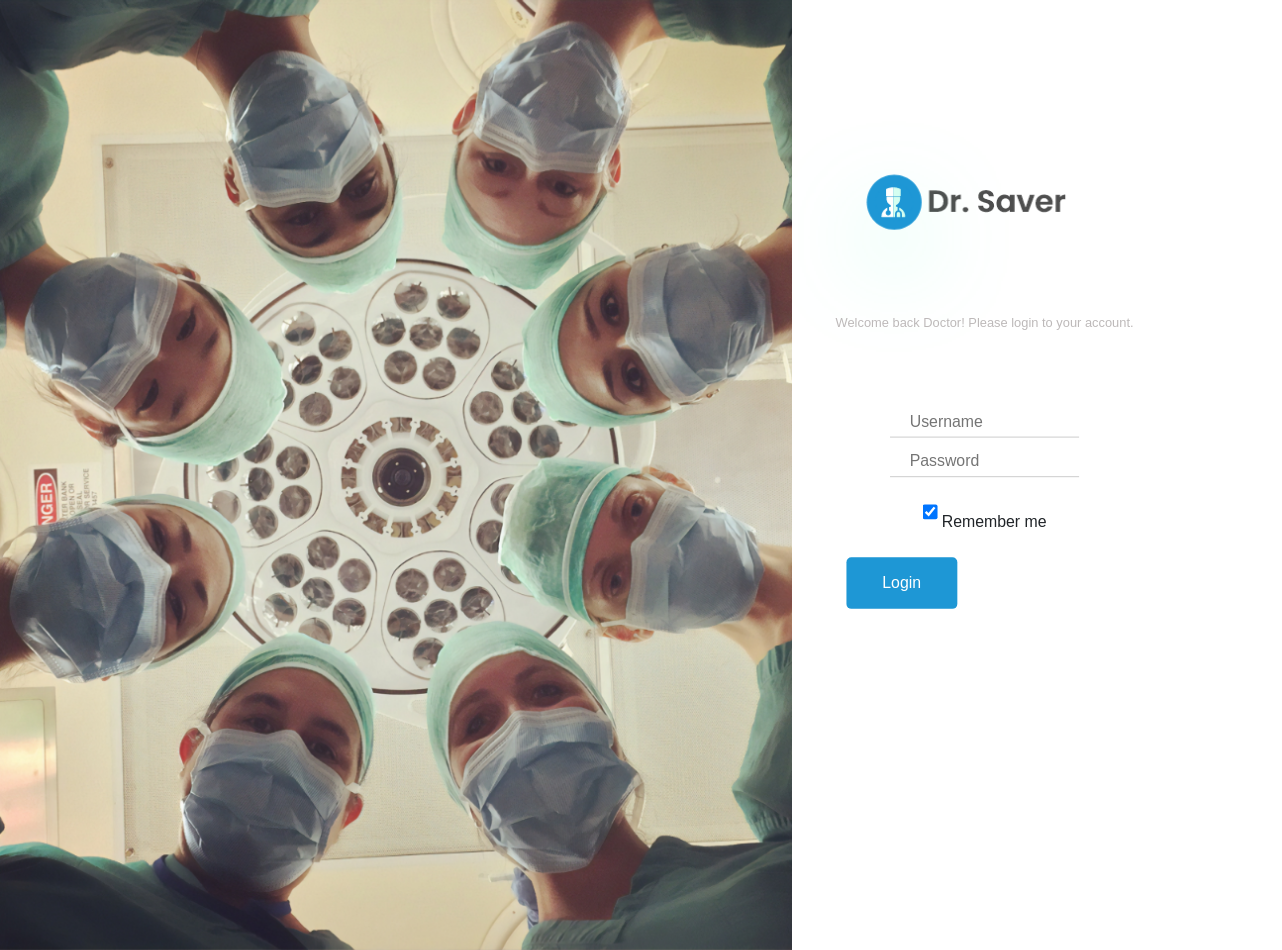
Repository: nsra/hadeel_doctor_system
Page: doctor/Dlogin.html
These files come from the project's save history. The page is drawn as it stood at one moment and after the next save; the edit follows.
The browser window is 1280 px wide. The page is 1295 px wide, so the pictures cover 1295 px, including what lies to the right of the window. The pictures show the whole page, at 99% of full size.
Some web fonts or font styles are not loaded; a fallback is used. Some web libraries are served in a nearby version.

Above is the page before, as saved 2022-03-29 16:49:04.

### doctor/Dlogin.html
<!DOCTYPE html>
<html lang="en">
<head>
    <meta charset="UTF-8">
    <meta http-equiv="content-type" content="text/html; charset=UTF-8">
    <title>DrSaver</title>
    <link rel="shortcut icon" href="../assets/img/doctor.png" type="image/x-icon">
    <link rel="stylesheet" href="https://maxcdn.bootstrapcdn.com/bootstrap/4.0.0/css/bootstrap.min.css" integrity="sha384-Gn5384xqQ1aoWXA+058RXPxPg6fy4IWvTNh0E263XmFcJlSAwiGgFAW/dAiS6JXm" crossorigin="anonymous">
    <link rel="stylesheet" href="https://pro.fontawesome.com/releases/v5.10.0/css/all.css" integrity="sha384-AYmEC3Yw5cVb3ZcuHtOA93w35dYTsvhLPVnYs9eStHfGJvOvKxVfELGroGkvsg+p" crossorigin="anonymous"/>
    <link rel="stylesheet" href="../assets/css/style.css" type="text/css">
    <link rel="preconnect" href="https://fonts.gstatic.com">
    <link href="https://fonts.googleapis.com/css2?family=Tajawal:wght@700&display=swap" rel="stylesheet">
    <meta name="viewport" content="width=device-width, initial-scale=1, shrink-to-fit=no">
</head>
<body>
<section class="loginSection">
    <div class="row window-full">
        <div class="hero col-6 float-right ">
           <img  src="../assets/img/dlogin.png"></img>

        </div>
        <div class="col-6 float-left text-center">
            <img class="fleft" src="../assets/img/log1.png"></img>
            <div class="fright pd-y">

              <br>
           <p  class="pcol">Welcome back Doctor! Please login to your account.</p>

          <form action="action_page.php" method="post">


            <div class="container">

              <input type="text" placeholder="Username" name="uname" required>


              <input type="password" placeholder="Password" name="psw" required>


                <input type="checkbox" checked="checked" style="width:15px; margin-top:10px" name="remember"> Remember me


            </div>
           <button type="submit">Login</button>


          </form>
        </div>
      </div>
    </div>
</section>

<script src="https://ajax.googleapis.com/ajax/libs/jquery/3.5.1/jquery.min.js"></script>
<!-- Popper.JS -->
<script src="https://cdnjs.cloudflare.com/ajax/libs/popper.js/1.14.0/umd/popper.min.js" integrity="sha384-cs/chFZiN24E4KMATLdqdvsezGxaGsi4hLGOzlXwp5UZB1LY//20VyM2taTB4QvJ" crossorigin="anonymous"></script>
<!-- Bootstrap JS -->
<script src="https://stackpath.bootstrapcdn.com/bootstrap/4.1.0/js/bootstrap.min.js" integrity="sha384-uefMccjFJAIv6A+rW+L4AHf99KvxDjWSu1z9VI8SKNVmz4sk7buKt/6v9KI65qnm" crossorigin="anonymous"></script>
<script src="assets/js/scripts.js"></script>

</body>
</html>

### assets/css/style.css
 /*common*/


.overlay{
    position:absolute;
    width:  100%;
    height: 100%;
    top: 0;
    left: 0;
    background-color: rgba(3, 3, 3, 0.7);
}
.hover-opacity{
    transition: opacity .5s;
}
.hover-opacity:hover{
opacity: 0.8;
}

/*general css*/
:root{
    --maincolor:#6195ff;
}
*{
    margin: 0;
    padding: 0;
    box-sizing: border-box;
}
ul{
    list-style: none;
}
.container{
    width: 80%;

    margin: auto;/*elment in the center*/
}
body{
    font-family: 'Varela Round', sans-serif;
}
.clear{
    clear: both;
}
h1,h2,h3,h4,h5,h6{
    font-family: montserrat,sans-serif;
}
button{
    font-family: inherit;
}
a{
    text-decoration: none;
}
.pd-y{
    padding: 100px 0;
}
.section-header{
    text-align: center;
    margin-bottom: 20px;
}
.section-header .section-title{
    font-size: 35px;
    text-transform: capitalize;
    margin-bottom: 10px;
}
.section-header .line{
display: block;
height: 5px;
width: 60px;
margin: 0 auto 70px auto;
background-color: var(--maincolor);
}

.ltr-effect,.tb-effect{
    position: relative;
}
.ltr-effect::after,.tb-effect::after{
position: absolute;
content: "";
top: 0;
right: 0;
left: 0;
bottom: 0;
background: #333;
z-index:-1 ;

}
.ltr-effect:hover::after{
width: 100%;
}
.ltr-effect::after{
    width: 0;
    transition: width 0.5s;
}
.tb-effect::after{
 height: 0;
 transition: height 0.5s;

}
.tb-effect:hover::after{
height: 100%;
}
/* header*/
.header{
    position:fixed;
    width: 100%;
    z-index: 15;
    height: 10%;
  }

 b{
     color: #ffff;

 }
.header .logo{
    width: 50%;
  float: left;
 }
.header .logo img{
    width: 120px;
    margin-left: 20px;
   }
.header .nav{
    width: 50%;
     float: left;
    list-style: none;
    text-align: right;
}
.header .nav > li{
    display: inline-block;

    text-align: right;
}
.header .nav > li > a{
    color: #fff;
    font-size: 15px;

    display: block;
    padding: 30px 15px;
}

.header .nav > li > a.active:after{
content: "";
display: block;
margin-top: 2px;
height: 3px;
background-color: #6195ff;
transition: width 0.5s;

}
.header .nav > li > a.active:after{
    width: 100%;
}

.header .nav > li > a:after{
width: 0;
}
.header .nav > li > a:hover::after{
    width: 100%;
    }
    .dropdown{
        position: relative;
    }
    .dropdown-menu{
        position: absolute;
        background: #6195ff;
        width: 150px;
        text-align: right;
        left: -50%;
        top: 70%;
        opacity: 0;
        visibility: hidden;
        transition: opacity 0.5s;
    }
    .dropdown-menu a{
        color:#fff;
        display: block;
        padding: 10px;

    }
    .dropdown:hover .dropdown-menu{
        opacity: 1;
        visibility:visible;
    }
/*Home section*/
.home{
    height: 100vh;
    background-image: url(../img/background.png);
    background-size: cover;
    position: relative;
}
.home-content{
    position: absolute;
    width: 65%;
    top: 50%;
    left: 50%;
    transform: translate(-50%,-50%);
    text-align: left;
}
.home .title{

margin: 20px 0;
color: var(--maincolor);
letter-spacing: 2px;
line-height: 1.5;
}
.home .home-desc{
    color: #fff;
    font-size: 3.5rem;
    text-transform: uppercase;
}
.home .btn{
    max-width: 150px;
    padding: 15px 0;
    border-radius: 5px;
    border: 0;
    cursor: pointer;
    font-size: 18px;
}

.home .btn-learn{
    background-color: #6195ff;
    color:#fff;

}

nav{
    font-size: 18px;
}
.navbar-light .navbar-brand{
    font-size: 32px;
 }

.navbar-light .navbar-nav .nav-link{
    color: black;
}

 #cplue{
     color:#1E97D5 ;
 }
 .bplue{
background-color: #dce0e4;
 color: #1E97D5;
 }
 .fleft{
     position: relative;
     margin-top: 11%;
    margin-right: 20%;
 }
 .fright{
     position:absolute;
     right:20%;
     top: 20%;
 }
 .pcol{
     color: rgb(189, 185, 185);
     font-size: small;
 }

/*About section*/

.about-content{
    overflow: hidden;
}
.about-item{
     width: 30%;
    float: left;
text-align: center;
border: 1px solid #e8e8e8;
padding: 50px 20px;
}

.about-item.mg{
    margin: 0 5%;
}
.about-item:hover .about-item-title{
    color: #fff;
}
.about-item .icon{
    color: #6195ff;
    margin-bottom: 10px;
}
.about-item-title{
    text-transform: capitalize;
    margin-bottom: 10px;
    transition: color 0.5s;
}
.about-item-desc{
    line-height: 1.6;
    margin-bottom: 10px;
    color:#999 ;
}
.about-item-link{
color: #6195ff;
text-transform: capitalize;
}

/*number section*/
.numbers{
    position: relative;
    background-image: url(../img/background.png);
    background-size: cover;
    background-attachment: fixed;
    height: 300px;
}
.numbers-item{
    overflow: hidden;

}
.number-item{
width: 25%;
float: left;
text-align: center;
}
.number-item .icon{
    color: #6195ff;
    margin-bottom: 15px;
}
.number-item-title{
    font-weight: bold;
    font-size: 30px;
    color: #fff;

}
.number-item-text{
    color: #fff;
}

/*Blog page*/
.blog{
    background: #f9f9f9;
}

.blog-content{
    overflow: hidden;
}
.blog-item{
    width: 30%;
    float: left;
    background: #fff;
}
.blog-item-img img{
width: 100%;
}

.blog-info{
    padding: 20px;
}

.blog-list{
    list-style: none;
    margin: 20px 0;
}
.blog-list li{
    display: inline-block;
    margin: 0 5px;
}

.blog-list li i{
    color: #6195ff;
}
.blog-title{
    font-weight: bold;
    margin: 20px 0;
}
.blog-desc{
    color: #999;
    margin-bottom: 10px;
    line-height: 1.5;
 }
.blog-link{
    color: #6195ff;
}
.blog-item.mg{
    margin: 0 5%;
}

/*contact section*/

/*footer section*/
.footer{
    background: #1c1d23;
    text-align: center;
    padding: 60px 0;
}
.footer-links{
    list-style: none;
    margin: 20px 0;
}
.footer-links li{
    display: inline-block;

}
.footer-links li a{
    display: block;
    width: 50px;
    height: 50px;
    background: #6195ff;
    color: #fff;
    margin: 0 5px;
    border-radius: 50%;
}
.footer-links li a i{
    line-height: 50px;
}

.footer .copyright{
    color: #999;
    font-size: 15px;
    text-transform: uppercase;
}

 /********login******/


  /* Full-width inputs */
  input[type=text], input[type=password] ,input[type=email],input[type=number],input[type=date],input[type=submit]{
    width: 100%;
    padding: 12px 20px;
    margin: 10px 0 ;

    display:flex;
    border: none;
    border-bottom: 1px solid #ccc;

  }

  /* Set a style for all buttons */
  button {
    background-color: #1E97D5;
    color: white;
    padding: 14px 20px;
    margin: 8px 0;
    border: none;
    cursor: pointer;
    width: 40%;

    border-radius: 5px;
  }
  .but{
    padding-top: 10%;
  margin-left: 10%;

    align-items: center;
  }
  /* Add a hover effect for buttons */
  button:hover {
    opacity: 0.8;
  }



  /* Add padding to containers */
  .container {
    padding: 16px;

  }

  .psw{
      margin-left: 60px;
  }
  .signbtn{
      color: #000;
      background-color: #fff;
      border: 1px solid #1E97D5;
  }
  .signbtn:hover{
    background-color: #1E97D5;
    opacity: 0.8;
  }
  .fname{
    position: relative;
  margin-right: 10%;
  }
  .lname {
    position: absolute;
    top: 20%;
    left: 50%;
  }

  /* Change styles for span and cancel button on extra small screens */
  @media screen and (max-width: 300px) {
    span.psw {
      display: block;
      float: none;
    }
    .cancelbtn {
      width: 100%;
    }
  }

.rate{
    margin: 10px;
    float: left;
    background: #eeeeee;
    border-radius: 30px;
}
.rate i{
    color: #ffdb00;
}

.footer {
    display: flex;
    flex-flow: row wrap;
    padding: 30px 30px 20px 30px;
    color: #2f2f2f;
    background-color: #fff;
    border-top: 1px solid #e5e5e5;
  }

  .footer > * {
    flex:  1 100%;
  }

  .footer__addr {
    margin-right: 1.25em;
    margin-bottom: 2em;
  }

  .footer__logo {
    font-family: 'Pacifico', cursive;
    font-weight: 400;
    text-transform: lowercase;
    font-size: 1.5rem;
  }

  .footer__addr h2 {
    margin-top: 1.3em;
    font-size: 15px;
    font-weight: 400;
  }

  .nav__title {
    font-weight: 400;
    font-size: 15px;
  }

  .footer address {
    font-style: normal;
    color: #999;
  }

  .footer__btn {
    display: flex;
    align-items: center;
    justify-content: center;
    height: 36px;
    max-width: max-content;
    background-color: rgb(33, 33, 33, 0.07);
    border-radius: 100px;
    color: #2f2f2f;
    line-height: 0;
    margin: 0.6em 0;
    font-size: 1rem;
    padding: 0 1.3em;
  }

  .footer ul {
    list-style: none;
    padding-left: 0;
  }

  .footer li {
    line-height: 2em;
  }

  .footer a {
    text-decoration: none;
  }

  .footer__nav {
    display: flex;
      flex-flow: row wrap;
  }

  .footer__nav > * {
    flex: 1 50%;
    margin-right: 1.25em;
  }

  .nav__ul a {
    color: #999;
  }

  .nav__ul--extra {
    column-count: 2;
    column-gap: 1.25em;
  }

  .legal {
    display: flex;
    flex-wrap: wrap;
    color: #999;
  }

  .legal__links {
    display: flex;
    align-items: center;
  }

.social{
    padding-top: 50px;
    margin-left: 700px;

}
.socialItem{
   color: #1E97D5;
    border-radius: 50%;
    line-height: 2;
    margin: 15px;
}
.socialItem:hover{
    background: #6db4e4;
    border:  2px white;

}
  .heart {
    color: #2f2f2f;
  }

  @media screen and (min-width: 24.375em) {
    .legal .legal__links {
      margin-left: auto;
    }
  }

  @media screen and (min-width: 40.375em) {
    .footer__nav > * {
      flex: 1;
    }

    .nav__item--extra {
      flex-grow: 2;
    }

    .footer__addr {
      flex: 1 0px;
    }

    .footer__nav {
      flex: 2 0px;
    }
  }
/******** about page ***********/
.heroSection img{
    border-radius: 30px;
}
/******** Pprofile page ***********/

.sidebar {
  margin: 0;
  margin-left: 10%;
  padding: 0;
  width: 30%;
  text-align: center;
  position: absolute;
  height: 100%;
  overflow: auto;

}

.sidebar a {
  display: block;
  color: black;
  padding: 16px;
  text-decoration: none;
}

@media screen and (max-width: 700px) {
  .sidebar {
    width: 100%;
    height: auto;
    position: relative;
  }
  .sidebar a {float: left;}
  div.content {margin-left: 0;}
}

@media screen and (max-width: 400px) {
  .sidebar a {
    text-align: center;
    float: none;
  }
}


.card{
  width: 95%;
 }

.update{

border: none;
margin-left: 100px;
color: white;
padding: 15px 32px;
text-align: center;
text-decoration: none;
display: inline-block;
font-size: 16px;
}

 ul{
  list-style-type: none;
 }

 input,select{
  height: 30px;
  border:none;
  border-bottom: 1px solid gray;
  outline: none;
 width: 100%;

}
.staryel{
     color: yellow;
 }
form{
display: flex;

width: 100%;
height: 90%;
margin-top:20px;
padding:30px;
display: flex;

flex-direction: column;
justify-content: space-around;
border-radius: 5px;

}

### assets/js/scripts.js
$("#profileImage").click(function(e) {
    $("#imageUpload").click();
});
/****** 100 vh section **********/
var elements = document.getElementsByClassName('window-full');
var windowheight = window.innerHeight + "px";

fullheight(elements);
function fullheight(elements) {
    for(let el in elements){
        if(elements.hasOwnProperty(el)){
            elements[el].style.height = windowheight;
        }
    }
}

window.onresize = function(event){
    fullheight(elements);
}

After the next save:
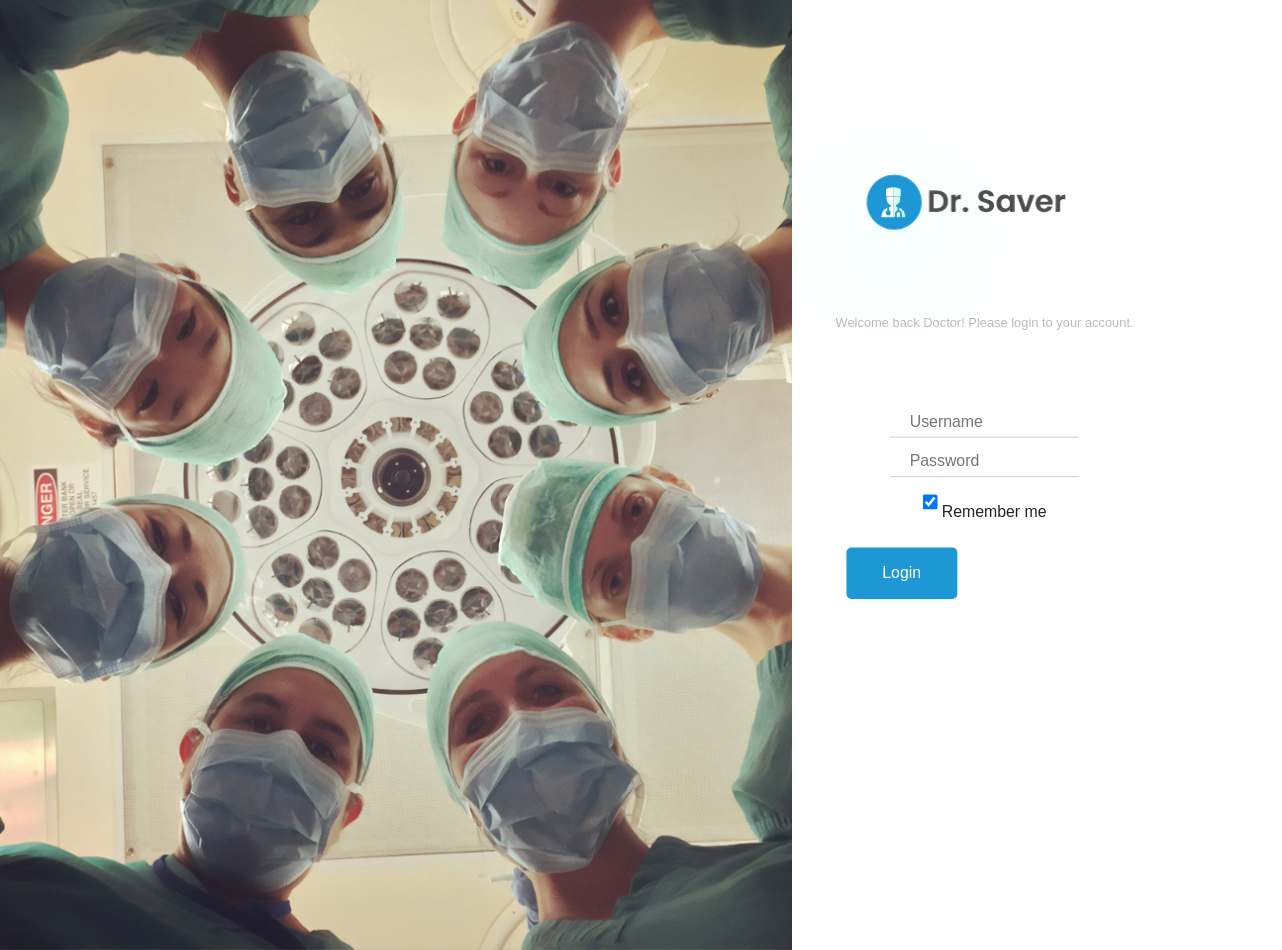
Saved 11 s later.
--- a/doctor/Dlogin.html
+++ b/doctor/Dlogin.html
@@ -37,7 +37,7 @@
               <input type="password" placeholder="Password" name="psw" required>
 
 
-                <input type="checkbox" checked="checked" style="width:15px; margin-top:10px" name="remember"> Remember me
+                <input type="checkbox" checked="checked" style="width:15px; " name="remember"> Remember me
 
 
             </div>
